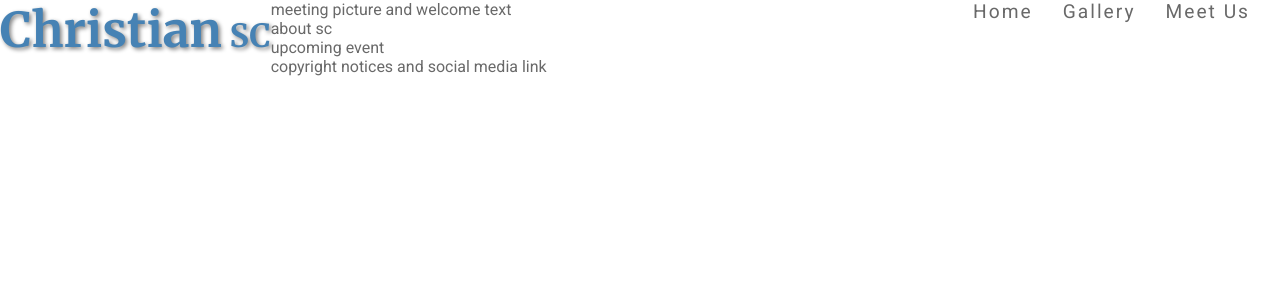
Repository: kongteckmee/christian-sc
Page: index.html
The author's editor kept a record of every edit. The page is drawn from the files as they stood at one moment, then again after the next edit.
The browser window is 1280 px wide. The pictures show the whole page.

Above is the page before.

### index.html
<!DOCTYPE html>
<html lang="en">
<head>
    <meta charset="UTF-8">
    <meta name="viewport" content="width=device-width, initial-scale=1.0">
    <meta http-equiv="X-UA-Compatible" content="ie=edge">
    <link rel="stylesheet" href="assets/css/style.css" type="text/css" />
    <title>Christian Student Center</title>
</head>
<body>
    <header>
        <a id="logo" href="index.html">
            <h2><span style="font-size: 150%">Christian</span> SC</h2>
        </a>
        <nav>
            <ul id="scmenu">
                <li>
                    <a href="#">Meet Us</a>
                </li>
                <li>
                    <a href="#">Gallery</a>
                </li>
                <li>
                    <a href="index.html">Home</a>
                </li>
            </ul>
        </nav>
    </header>
    <section>
        meeting picture and welcome text
    </section>
    <section>
        about sc
    </section>
    <section>
        upcoming event
    </section>
    <footer>
        copyright notices and social media link
    </footer>
</body>
</html>

### assets/css/style.css
@import url('https://fonts.googleapis.com/css?family=Merriweather:500,600,700|Roboto:300,400,500');

* {
    margin: 0;
    padding: 0;
    border: 0;
}

body {
    font-family: 'Roboto', sans-serif;
    color: #696969;
}

#logo {
    float: left;
    text-decoration: none;
}

#logo h2 {
    font-family: 'Merriweather', serif;
    font-size: 200%;
    color: #4682b4;
    text-shadow: 2px 2px 4px #808080;
}

#scmenu {
    font-size: 120%;
    list-style-type: none;
    letter-spacing: 2px;
}

#scmenu li {
    float: right;
    margin-right: 30px;
}

#scmenu a {
    text-decoration: none;
    color: inherit;
}

After the next edit:
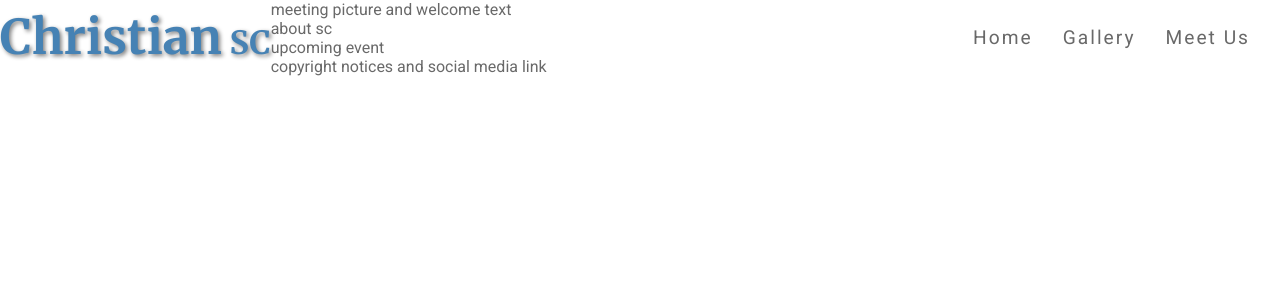
The edit:
--- a/assets/css/style.css
+++ b/assets/css/style.css
@@ -29,6 +29,10 @@
     letter-spacing: 2px;
 }
 
+#logo, #scmenu {
+    line-height: 75px;
+}
+
 #scmenu li {
     float: right;
     margin-right: 30px;
